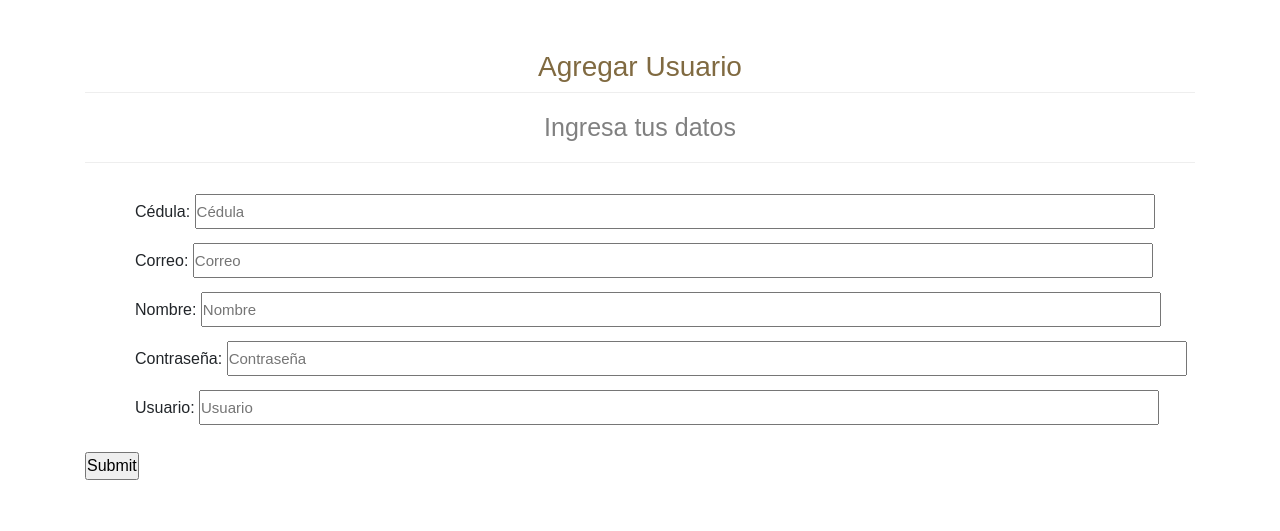
Repository: andresrojas686/tiendaGenericaMintic
Page: primerJSP/src/main/webapp/agregarUsuario.html
These files come from the project's save history. The page is drawn as it stood at one moment and after the next save; the edit follows.
The browser window is 1280 px wide. The pictures show the whole page.

Above is the page before, as saved 2021-09-15 22:06:14.

After the next save:
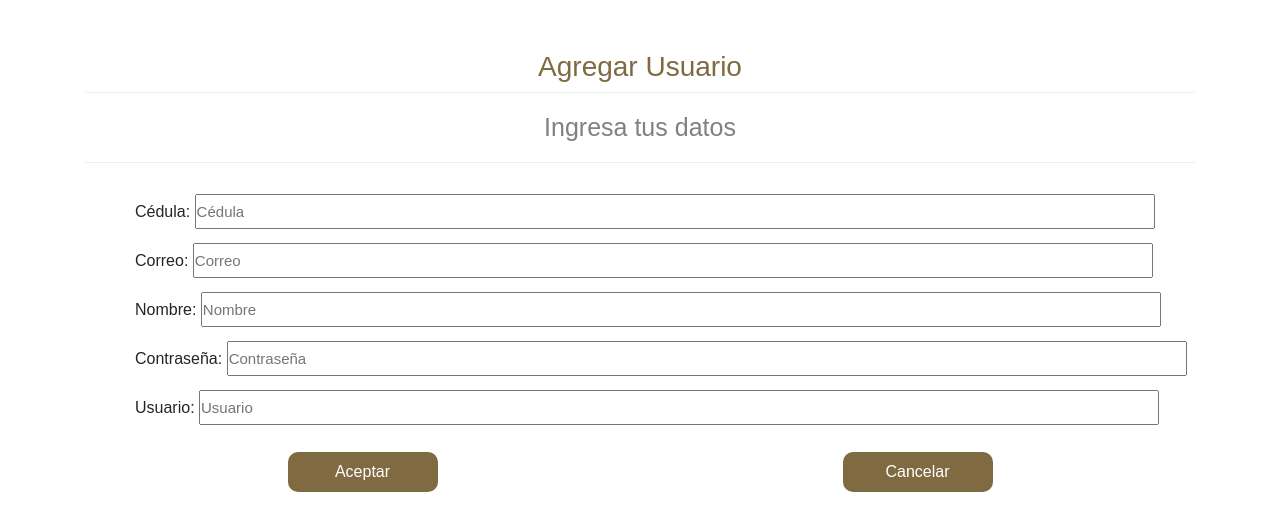
Saved 78 s later.
--- a/primerJSP/src/main/webapp/agregarUsuario.html
+++ b/primerJSP/src/main/webapp/agregarUsuario.html
@@ -39,7 +39,8 @@
 								<input type = "text" name = "usuario" id="usuario" placeholder="Usuario">
 							</label>
 							<div class="contenedor-botones">
-								<input type = "submit">
+								<input type="submit" value="Aceptar" class="botones-usuario">
+								<input type="reset" value="Cancelar" class="botones-usuario">
 							</div>
 						</form>
 					</div>

After the save that followed:
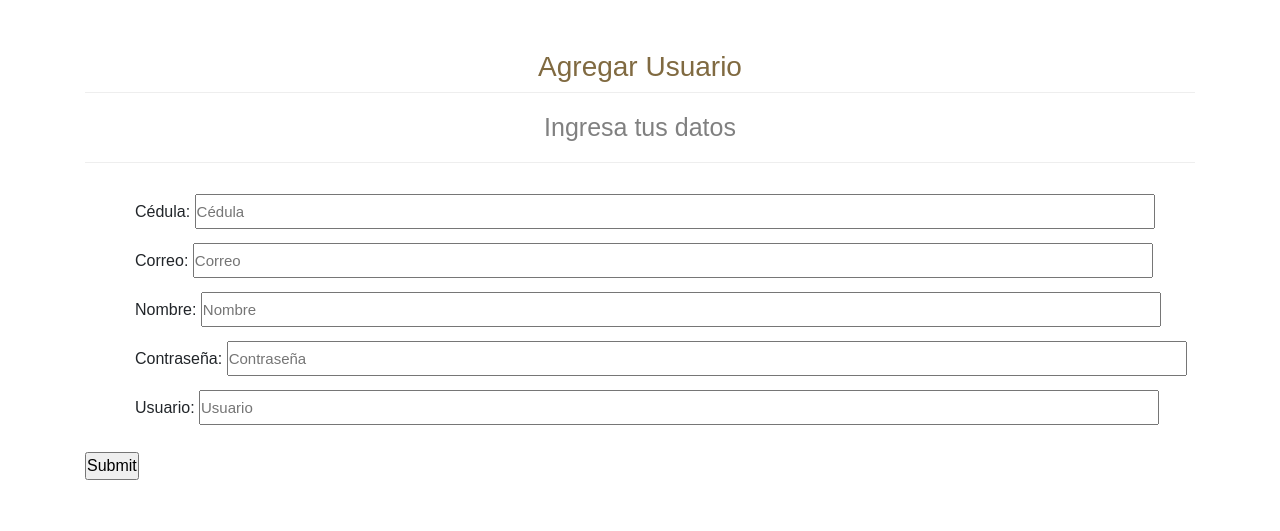
Saved 38 s later.
--- a/primerJSP/src/main/webapp/agregarUsuario.html
+++ b/primerJSP/src/main/webapp/agregarUsuario.html
@@ -39,8 +39,7 @@
 								<input type = "text" name = "usuario" id="usuario" placeholder="Usuario">
 							</label>
 							<div class="contenedor-botones">
-								<input type="submit" value="Aceptar" class="botones-usuario">
-								<input type="reset" value="Cancelar" class="botones-usuario">
+								<input type = "submit">
 							</div>
 						</form>
 					</div>
